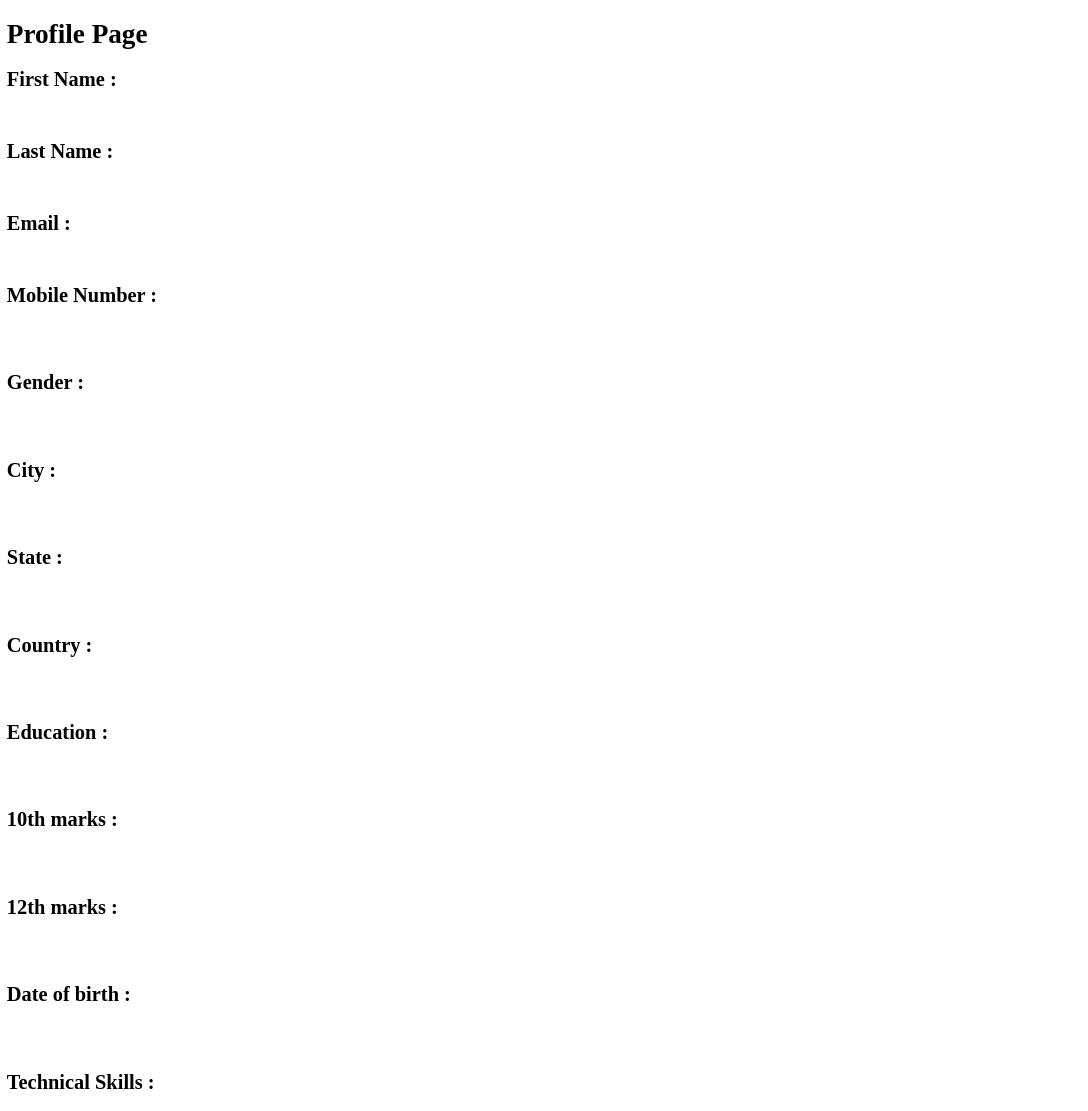
Repository: aboli-vyas/Servlet_Projects
Page: http://localhost/Sevlet_Project/Profile.jsp
These files come from the project's save history. The page is drawn as it stood at one moment and after a run of saves; the edit follows.
The browser window is 1280 px wide. The pictures show the whole page, at 85% of full size.
The page is served by Tomcat 10. The template is opened directly, without the code that normally fills it, so the values that code supplies are empty.

Above is the page before, as saved 2025-06-10 07:56:19.

After the next 2 saves:
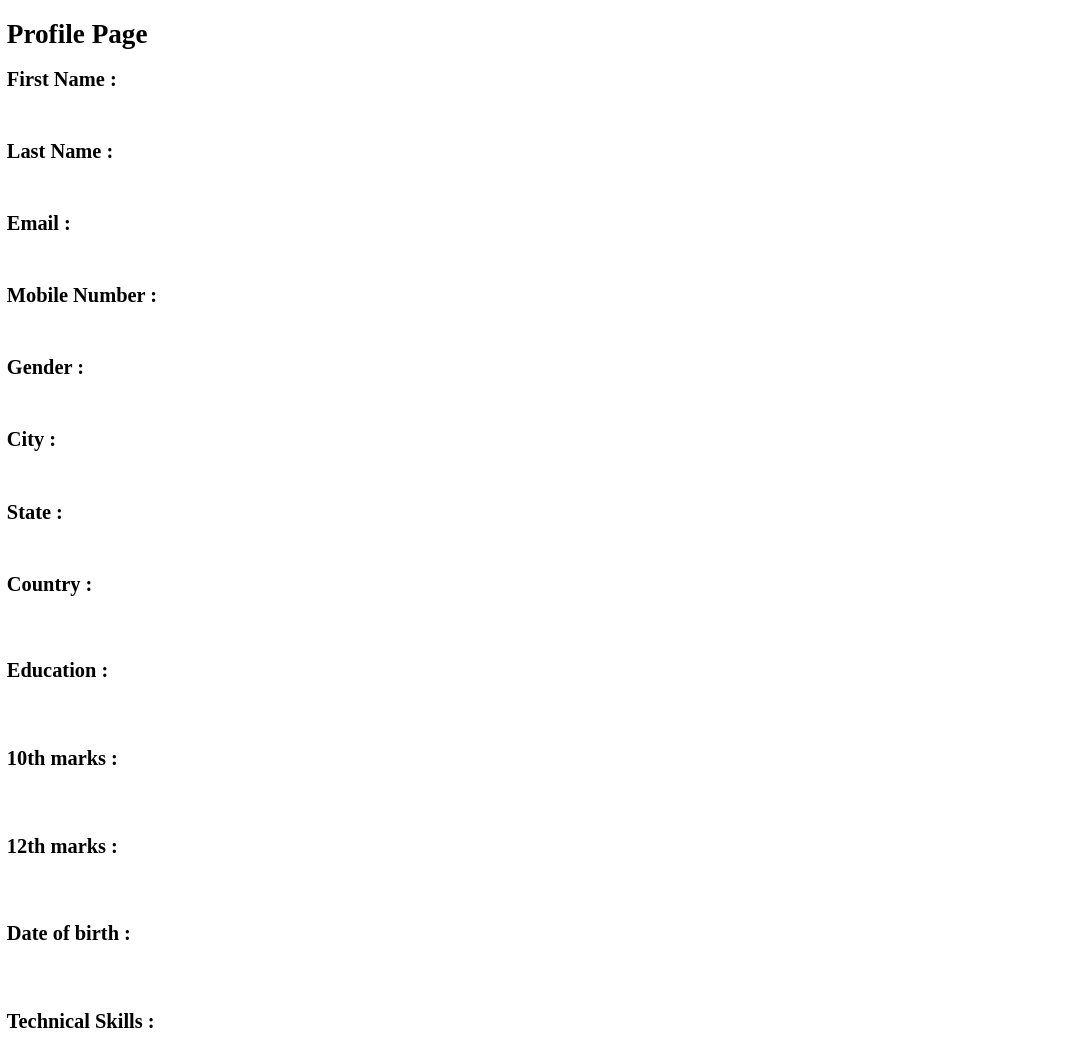
The 2 saves are shown as one change because they came seconds apart.
The last was saved 12 s later.
--- a/Sevlet_Project/src/main/webapp/Profile.jsp
+++ b/Sevlet_Project/src/main/webapp/Profile.jsp
@@ -17,13 +17,13 @@
 	<h2>Email :${Email}</h2>
 	<br>
 	<h2>Mobile Number :${Mobile_Number}</h2>
-	<br><br>
+	<br>
 	<h2>Gender :${Gender}</h2>
-	<br><br>
+	<br>
 	<h2>City :${City}</h2>
-	<br><br>
+	<br>
 	<h2>State :${State}</h2>
-	<br><br>
+	<br>
 	<h2>Country :${Country}</h2>
 	<br><br>
     <h2>Education :${Education}</h2>
